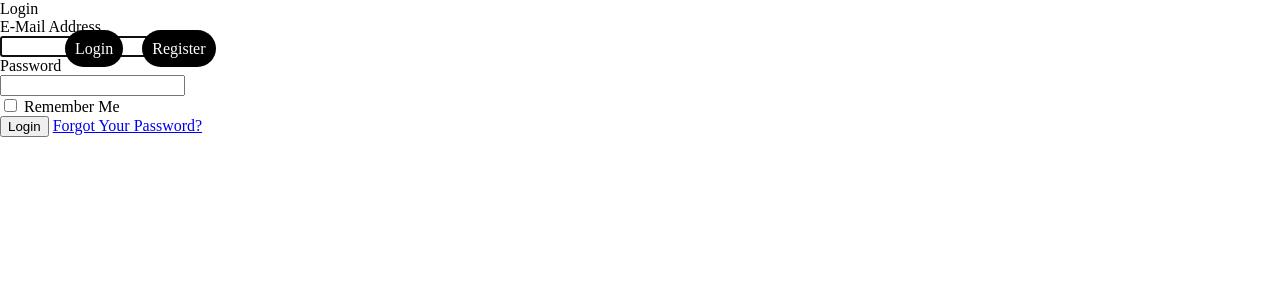
Repository: PatryxB/recipeCook
Page: http://localhost/login
The author's editor kept a copy of each file at every save. The page is drawn from the files as they stood at one save, then again after a run of saves.
The browser window is 1280 px wide. The pictures show the whole page.
The page is served by the project's Laravel application, run on PHP 8.4 with Laravel 8. Other server files are loaded and not shown. Style sheets and scripts are compiled from the project's sources, by tool versions that may differ from the author's.

Above is the page before, as saved 2020-05-02 11:18:57.

### resources/views/layouts/app.blade.php
<!doctype html>
<html lang="{{ str_replace('_', '-', app()->getLocale()) }}">
<head>
    <meta charset="utf-8">
    <meta name="viewport" content="width=device-width, initial-scale=1">

    <!-- CSRF Token -->
    <meta name="csrf-token" content="{{ csrf_token() }}">

    <title>{{ config('app.name', 'Laravel') }}</title>

    <!-- Scripts -->
    <script src="{{ asset('js/app.js') }}" defer></script>

    <!-- Fonts -->
    <link rel="dns-prefetch" href="//fonts.gstatic.com">
    <link href="https://fonts.googleapis.com/css?family=Nunito" rel="stylesheet">

    <!-- Styles -->
    <link href="{{ asset('css/app.css') }}" rel="stylesheet">
</head>
<body>
    <div id="app">

        <nav>
            @if (Route::has('login'))
                @auth
                    <a href="{{ url('/home') }}">Home</a>
                @else
                    <a href="{{ route('login') }}">Login</a>

                    @if (Route::has('register'))
                        <a href="{{ route('register') }}">Register</a>
                    @endif
                @endauth
            @endif
        </nav>

        <main class="py-4">
            @yield('content')
        </main>
    </>
</body>
</html>

### resources/sass/app.scss
// Fonts
@import url('https://fonts.googleapis.com/css?family=Nunito');

// Variables
@import 'variables';

html, body{
    box-sizing: border-box;
    margin: 0;
    padding: 0;
}
nav{
    position: absolute;
    top: 40px;
    left: 50px;
    z-index: 999;
}
nav a{
    text-decoration: none;
    color: white;
    background-color: black;
    padding: 10px;
    margin-left: 15px;
    border-radius: 25px;
}
.banner img{
    position: relative;
    float: right;
    width: 70%;
    height: 100vh;
    background-repeat: no-repeat;
}
.info{
    width: 30%;
    height: 100vh;
}

Loaded but not shown: routes/web.php (common file); app/Http/Controllers/Auth/LoginController.php (common file); app/Http/Controllers/Controller.php (common file); app/Http/Controllers/Auth/ConfirmPasswordController.php (common file); resources/views/auth/login.blade.php (common file); resources/sass/_variables.scss (common file)

After the next 2 saves:
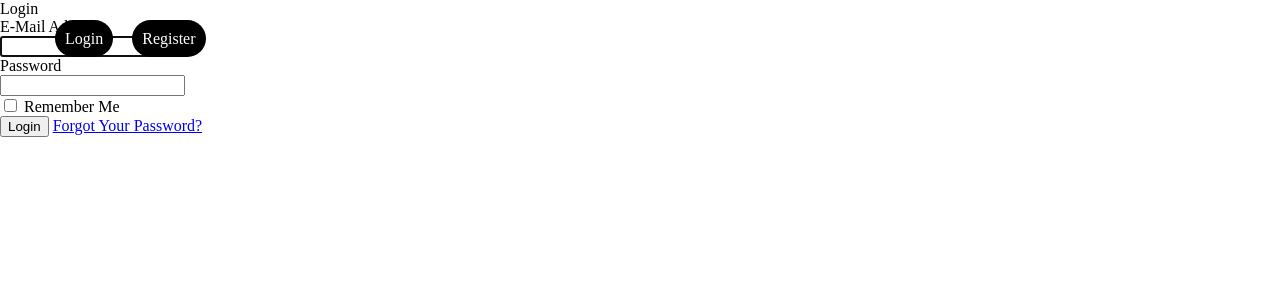
The 2 saves are shown as one change because they came seconds apart.
The last was saved 10 s later.
--- a/resources/sass/app.scss
+++ b/resources/sass/app.scss
@@ -11,8 +11,8 @@ html, body{
 }
 nav{
     position: absolute;
-    top: 40px;
-    left: 50px;
+    top: 30px;
+    left: 40px;
     z-index: 999;
 }
 nav a{
